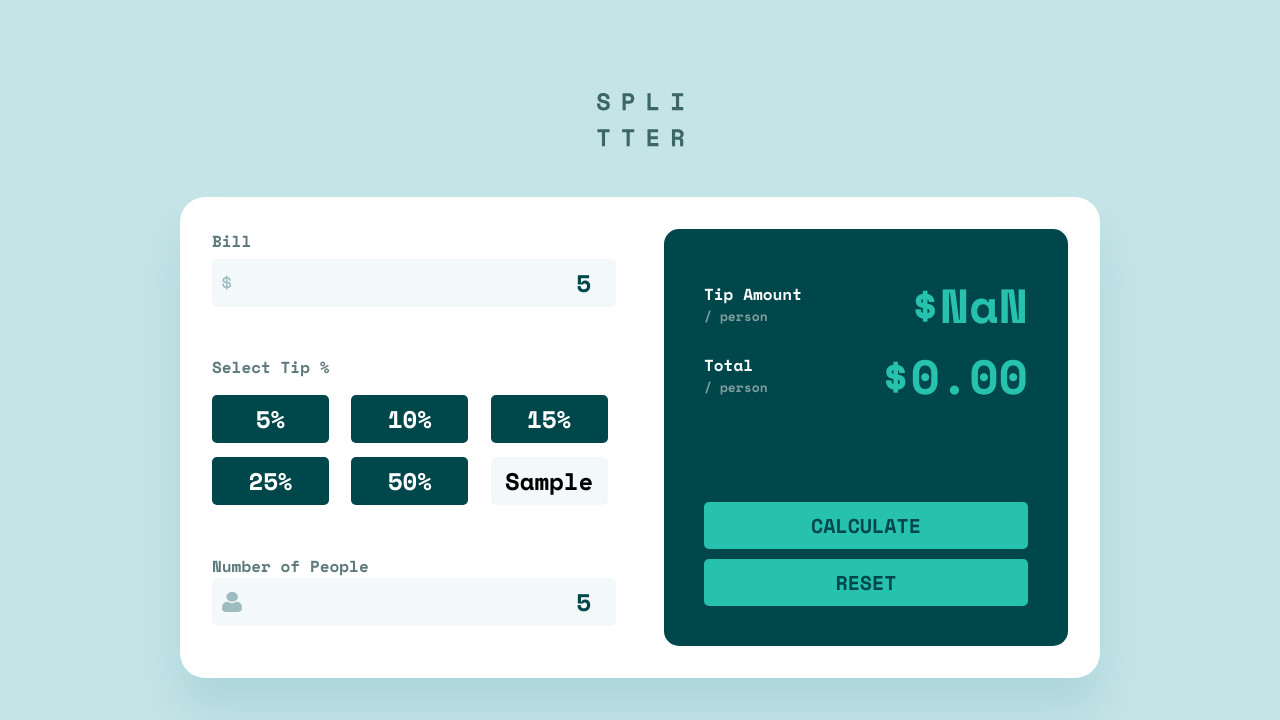
Repository: brandontaylor1/splitter
Page: index.html
An editor plug-in stored every save of this project. The page is shown before and after the next save, followed by the edit.
The browser window is 1280 px wide. The pictures show the whole page.
Empty fields were first filled with sample values (such as "Sample", 5 or name@example.com).
After loading, the first visible `#calculate-button` was clicked once.

Above is the page before, as saved 2025-02-07 13:51:04.
Console error: ReferenceError: totalAmount is not defined

### index.html
<!DOCTYPE html>
<html lang="en">
<head>
    <meta charset="UTF-8">
    <meta name="viewport" content="width=device-width, initial-scale=1.0">
    <link rel="preconnect" href="https://fonts.googleapis.com">
    <link rel="preconnect" href="https://fonts.gstatic.com" crossorigin>
    <link href="https://fonts.googleapis.com/css2?family=Space+Mono:ital,wght@0,400;0,700;1,400;1,700&display=swap" rel="stylesheet">
    <link rel="stylesheet" href="styles.css">
    <title>Splitter | Tip Calculator</title>
</head>
<body>
    <img src="./assets/images/logo.svg" id="logo-image" alt="logo image">
    <h1 class="error-message" id="form-error"></h1>
    <main class="container">
        <form>
            <div class="left-column">
                <div class="bill-input">
                    <div class="bill-titles">
                        <h2>Bill</h2>
                        <p class="error-message" id="bill-error"></p>
                    </div>
                    <div class="bill-input-with-icon">
                        <input type="number" min="0.00" max="10000.00" id="bill-input" placeholder="$0.00">
                    </div>
                </div>
                <div class="tip-input">
                    <div class="tip-titles">
                        <h2 id="select-tip-title">Select Tip %</h2>
                        <p class="error-message" id="tip-error"></p>
                    </div>
                    <div class="tip-buttons">
                        <button type="button" class="tip-button" value=".05">5%</button>
                        <button type="button" class="tip-button" value=".10">10%</button>
                        <button type="button" class="tip-button" value=".15">15%</button>
                        <button type="button" class="tip-button" value=".25">25%</button>
                        <button type="button" class="tip-button" value=".50">50%</button>
                        <input type="text" id="custom-tip" placeholder="Custom">
                    </div>
                </div>
                <div class="number-of-people-input">
                    <div class="people-titles">
                        <h2 id="number-of-people-title">Number of People</h2>
                        <p class="error-message" id="people-error"></p>
                    </div>
                    <div class="person-input-with-icon">
                        <input type="number" id="number-of-people-input" placeholder="0">
                    </div>
                </div>
            </div>
        </form>
        <div class="right-column">
                <div class="info-container">
                    <div class="tip-calculations">
                        <div class="tip-amount">
                            <div class="info">
                                <h3>Tip Amount</h3>
                                <p>/ person</p>
                            </div>
                            <div class="amount">
                                <h1 id="tip-amount">$0.00</h1>
                            </div>
                        </div>
                        <div class="total">
                            <div class="info">
                                <h3>Total</h3>
                                <p>/ person</p>
                            </div>
                            <div class="amount">
                                <h1 id="total-amount">$0.00</h1>
                            </div>
                        </div>
                    </div>
                    <div class="button-container">
                        <button type="button" id="calculate-button">
                            CALCULATE
                        </button>
                        <button type="button" id="reset-button">
                            RESET
                        </button>
                    </div>
        </div>
    </main>

    <script src="index.js"></script>
</body>
</html>

### styles.css
* {
    box-sizing: border-box;
    margin: 0;
    padding: 0;
}

:root {
    --background-color: #C5E4E7;
    --input-button-color: #00474B;
    --primary-white: #fff;
    --calculated-numbers-color: #26C2AE;
    --input-title-color: #5E7A7D;
    --input-background-color: #F3F9FA;
    --input-icon-color: #9EBBBD;
    --title-text-color: #3D6666;
    --custom-input-color: #547878;
}

/* UTILITY CLASSES */
.space-mono-regular {
    font-family: "Space Mono", serif;
    font-weight: 400;
    font-style: normal;
  }

  .space-mono-bold {
    font-family: "Space Mono", serif;
    font-weight: 700;
    font-style: normal;
  }

  .space-mono-regular-italic {
    font-family: "Space Mono", serif;
    font-weight: 400;
    font-style: italic;
  }

  .space-mono-bold-italic {
    font-family: "Space Mono", serif;
    font-weight: 700;
    font-style: italic;
  }


body {
    background-color: #C5E4E7;
    height: 100vh;
    width: 100%;
    display: flex;
    flex-direction: column;
    justify-content: center;
    align-items: center;
    font-family: "Space Mono", monospace;
}

#logo-image {
    margin: 50px 0;
}


.container {
    background-color: var(--primary-white);
    width: 920px;
    height: 481px;
    border-radius: 25px;
    box-shadow: 0px 32px 43px 0px rgba(79, 166, 175, 0.20);
    display: grid;
    gap: 48px;
    grid-template-columns: 1fr 1fr;
    padding: 32px;
}

.left-column {
    display: flex;
    flex-direction: column;
    justify-content: space-between;
    width: 100%;
    height: 100%;
}

.right-column {
    grid-column: 2 / 3;
    width: 100%;
    height: 100%;
    border-radius: 15px;
    background-color: var(--input-text-color);
}

input {
    height: 48px;
    width: 100%;
    padding: 10px;
    display: flex;
    flex-direction: row;
    justify-content: space-between;
    background-color: var(--input-background-color);
    border: none;
    border-radius: 5px;
    margin-bottom: 20px;
}

.person-input-with-icon input{
    width: 100%;
    font-family: "Space Mono", monospace;
    font-size: 24px;
    color: #00474B;
    font-weight: 600;
    background-image: url("./assets/images/icon-person.svg");
    background-repeat: no-repeat;
    background-position: 10px center;
    background-size: 20px 20px;
    text-align: right;
}

#bill-input {
    width: 100%;
    font-family: "Space Mono", monospace;
    font-size: 24px;
    font-weight: 600;
}

#number-of-people-input {
    width: 100%;
    font-family: "Space Mono", monospace;
    font-size: 24px;
    color: #00474B;
    font-weight: 600;
}

.bill-input-with-icon input {
    width: 100%;
    font-family: "Space Mono", monospace;
    font-size: 24px;
    color: #00474B;
    font-weight: 600;
    background-image: url("./assets/images/icon-dollar.svg");
    background-repeat: no-repeat;
    background-position: 10px center;
    background-size: auto 15px;
    text-align: right;
}

.bill-input h2 {
    font-size: 16px;
    color: var(--input-title-color);
    margin-bottom: 6px;
}

.tip-buttons {
    display: grid;
    grid-template-columns: repeat(3, 1fr);
    gap: 14px;
}

#select-tip-title {
    color: #5E7A7D;
    font-size: 16px;
    margin-bottom: 16px;
}

.tip-button {
    width: 117px;
    height: 48px;
    flex-shrink: 0;
    border: none;
    border-radius: 5px;
    background-color: #00474B;
    color: var(--primary-white);
    font-family: "Space Mono", monospace;
    font-size: 24px;
    font-weight: 600;
}


.tip-button:hover {
    background-color: #26C2AE;
    color: #00474B;
}

.active {
    background-color: #26C2AE;
    color: #00474B;
}

.disabled {
    background-color: #00474B;
    color: #5E7A7D;
    opacity: .5;
}

#custom-tip {
    width: 117px;
    height: 48px;
    flex-shrink: 0;
    text-align: center;
    font-size: 24px;
    font-weight: 600;
    font-family: "Space Mono", monospace;
}

#number-of-people-title {
    color: #5E7A7D;
    font-size: 16px;
}


.right-column {
    background-color: #00474B;
    padding: 40px;
    display: flex;
    flex-direction: column;
    justify-content: space-between;
}

.info-container {
    display: flex;
    flex-direction: column;
    justify-content: space-between;
    height: 100%;

}

.tip-amount, .total {
    display: flex;
    flex-direction: row;
    justify-content: space-between;
    align-items: center;
    color: var(--primary-white);
}

.amount {
    color: #26C2AE;
    font-size: 24px;
    font-family: "Space Mono", monospace;
}

.info h3 {
    font-size: 16px;
    color: var(--primary-white);
}

.info p {
    font-size: 13px;
    color: #7F9D9F;
    font-family: "Space Mono", monospace;
    font-weight: 700;
}

.button-container {
    display: flex;
    flex-direction: column;


}

#calculate-button   {
    padding: 9px 40px;
    text-align: center;
    border: none;
    cursor: pointer;
    background-color: #26C2AE;
    color: #00474B;
    border-radius: 5px;
    font-size: 20px;
    font-weight: 600;
    font-family: "Space Mono", monospace;
    margin-bottom: 10px;
}

#reset-button {
    padding: 9px 40px;
    text-align: center;
    border: none;
    cursor: pointer;
    background-color: #26C2AE;
    color: #00474B;
    border-radius: 5px;
    font-size: 20px;
    font-weight: 600;
    font-family: "Space Mono", monospace;
}

.error-message {
    color: red;
    font-size: 10px;
}

.bill-titles, .people-titles, .tip-titles {
    display: flex;
    flex-direction: row;
    justify-content: space-between;
    align-items: center;
}

#form-error {
    font-size: 18px;
}

@media screen and (max-width: 852px) {
    .container {
        width: 90%;
        height: 100%;
        display: flex;
        flex-direction: column;
        justify-content: space-between;
        padding: 20px;
    }

    .right-column {
        grid-column: 1 / 2;
        width: 100%;
        height: 100%;
        border-radius: 15px;
        background-color: var(--input-text-color);
    }

    .left-column {
        display: flex;
        flex-direction: column;
        justify-content: space-between;
        width: 100%;
        height: 100%;
    }

    .right-column {
        background-color: #00474B;
        padding: 40px;
        display: flex;
        flex-direction: column;
        justify-content: space-between;
    }

    .info-container {
        display: flex;
        flex-direction: column;
        justify-content: space-between;
        height: 100%;
    }

    .tip-amount, .total {
        display: flex;
        flex-direction: row;
        justify-content: space-between;
        align-items: center;
        color: var(--primary-white);
    }

    .amount {
        color: #26C2AE;
        font-size: 24px;
        font-family: "Space Mono", monospace;
    }

    .info h3 {
        font-size: 16px;
        color: var(--primary-white);
    }

    .info p {
        font-size: 13px;
        color: #7F9D9F;
        font-family: "Space Mono", monospace;
        font-weight: 700;
    }

    .button-container {
        display: flex;
        flex-direction: column;
    }

    #calculate-button   {
        padding: 9px 40px;
        text-align: center;
        border: none;
        cursor: pointer;
        background-color: #26C2AE;
        color: #00474B;
        border-radius: 5px;
        font-size: 20px;
        font-weight: 600;
        font-family: "Space Mono", monospace;
        margin-bottom: 10px;
    }

    #reset-button {
        padding: 9px 40px;
        text-align: center;
        border: none;
        cursor: pointer;
        background-color: #26C2AE;
    }
}

### index.js
const billInput = document.querySelector("#bill-input");
const peopleInput = document.querySelector("#number-of-people-input");
const tipAmountElement = document.getElementById("tip-amount");
const totalAmountElement = document.getElementById("total-amount");
const tipButtons = document.querySelectorAll('.tip-button')

const calculateBtn = document.querySelector("#calculate-button");
const resetBtn = document.querySelector("#reset-button");
const formError = document.querySelector('#form-error')
const peopleError = document.querySelector("#people-error");
const billError = document.querySelector('#bill-error')
const tipError = document.querySelector('#tip-error')

let billAmount = 0
let tipPercentage = 0
let numberOfPeople = 0

tipButtons.forEach(button => {
    button.addEventListener('click', () => {
        if(button.classList.contains('active')) {
            button.classList.remove('active')
        } else {
            button.classList.add('active')
        }
        tipPercentage = button.value
        console.log(tipPercentage)
    })
})

function validateAmount(input) {
    if(!isNaN(input) && input !== "" && input > 0) {
        const dollarAmount = parseFloat(input);
        billAmount = dollarAmount;
    } else {
        console.log("Invalid input. Please enter a valid number");
        billError.textContent = "Please enter a valid number";
    }
}

function validatePeople(input) {
    if(!isNaN(input) && input !== "" && input > 0) {
        const people = parseFloat(input);
        numberOfPeople = people;
        console.log(numberOfPeople)
    } else {
        console.log("Invalid input. Please enter a valid number");
        peopleError.textContent = "Please enter a valid number";
    }
}

function calculateTipAmount(bill, tipCalculated, people) {
    return (bill * tipCalculated) / people
}

function calculateTotalAmount(bill, tipAmount, people) {
    return (bill + tipAmount) / people

}

calculateBtn.addEventListener("click", () => {
    let hasError = false;

    if(billAmount === undefined || tipPercentage === undefined || numberOfPeople === undefined) {
        formError.innerText = "Please fill out all fields";
        hasError = true;
    }

    if (billAmount === undefined || billAmount === "") {
        billError.innerText = "Please enter a bill amount";
        hasError = true;
        tip.innerText = "$0.00";
        total.innerText = "$0.00";
    } else {
        billError.innerText = "";
    }

    if (tipPercentage === undefined || tipPercentage === "") {
        tipError.innerText = "Please select a tip percentage";
        hasError = true;
        tip.innerText = "$0.00";
        total.innerText = "$0.00";
    } else {
        tipError.innerText = "";
    }

    if (numberOfPeople === undefined || numberOfPeople === "") {
        peopleError.innerText = "Please enter a valid number";
        hasError = true;
        tip.innerText = "$0.00";
        total.innerText = "$0.00";
    } else {
        peopleError.innerText = "";
    }


    const tipAmount = calculateTipAmount(billAmount, tipPercentage, numberOfPeople)
    calculateTotalAmount(billAmount, tipAmount, numberOfPeople)

    tipAmountElement.innerText = `$${tipAmount.toFixed(2)}`;
    totalAmountElement.innerText = `$${totalAmount.toFixed(2)}`;

    calculateBtn.disabled = true;

})

resetBtn.addEventListener("click", () => {
    billInput.value = ""
    peopleInput.value = ""
    tipAmount = 0
    totalBill = 0
    tip.innerText = "$0.00"
    total.innerText = "$0.00"
    tipButtons.forEach(button => {
        button.classList.remove('active')
    })
    tipPercentage = 0
    billAmount = 0
    numberOfPeople = 0
    formError.innerText = ""
    billError.innerText = ""
    tipError.innerText = ""
    peopleError.innerText = ""

    calculateBtn.disabled = false

})

// billInput.addEventListener("input", () => {
//     console.log(billInput.value);
//     validateAmount(billInput.value);
// })

// peopleInput.addEventListener("input", () => {
//     console.log(peopleInput.value);
//     validatePeople(peopleInput.value);
// })

After the next save:
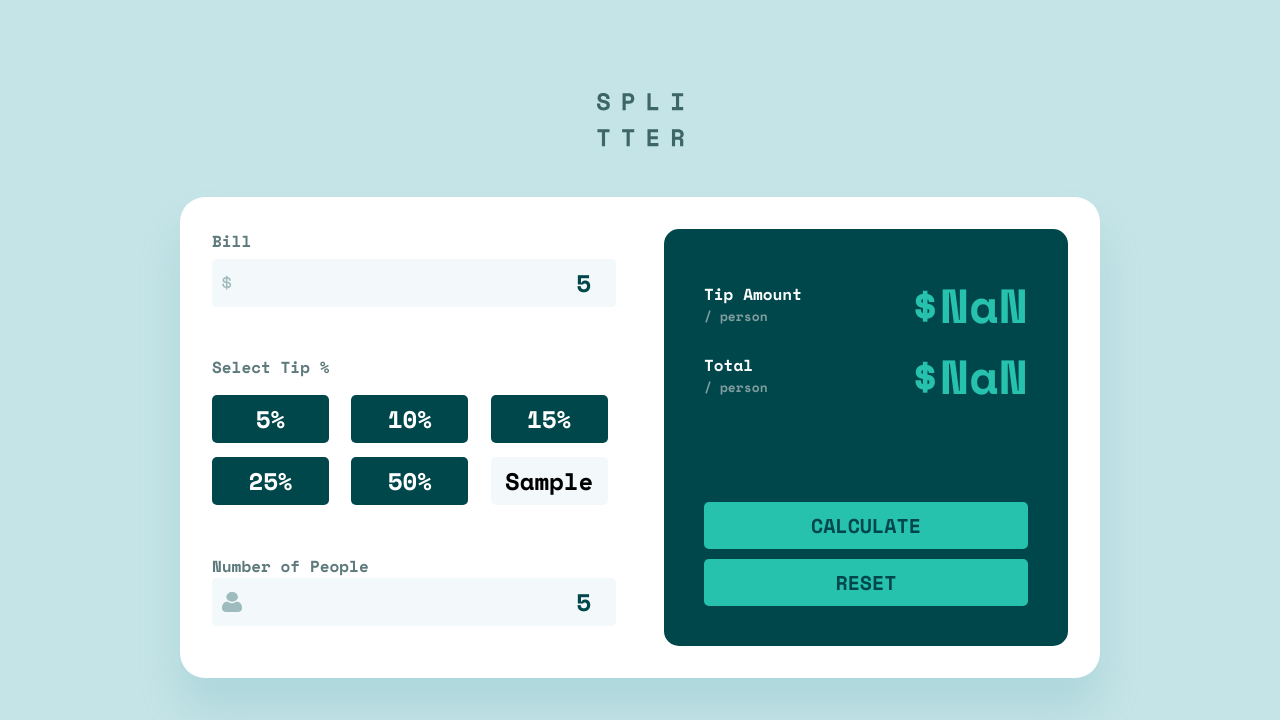
The error is gone.
Saved 6 s later.
--- a/index.js
+++ b/index.js
@@ -94,7 +94,7 @@ calculateBtn.addEventListener("click", () => {
 
 
     const tipAmount = calculateTipAmount(billAmount, tipPercentage, numberOfPeople)
-    calculateTotalAmount(billAmount, tipAmount, numberOfPeople)
+    const totalAmount = calculateTotalAmount(billAmount, tipAmount, numberOfPeople)
 
     tipAmountElement.innerText = `$${tipAmount.toFixed(2)}`;
     totalAmountElement.innerText = `$${totalAmount.toFixed(2)}`;
